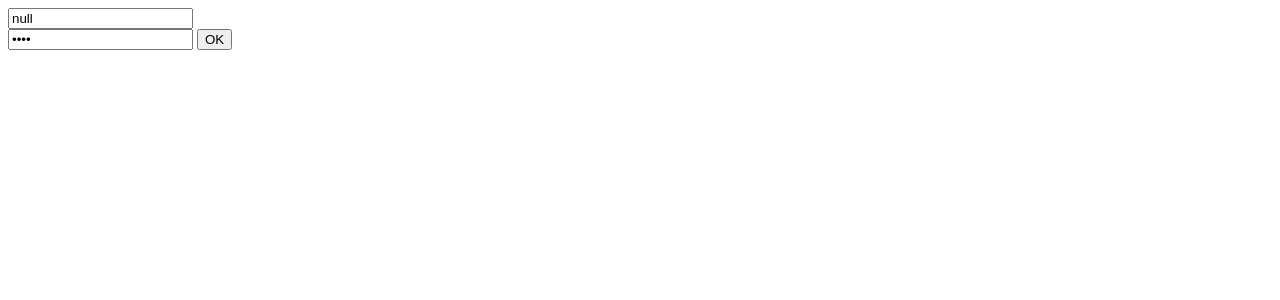
Repository: rkolan/DemoOne
Page: http://localhost/Tutorial-6-Forms/SelfValidatingForm.jsp
An editor plug-in stored every save of this project. The page is shown before and after the next save, followed by the edit.
The browser window is 1280 px wide. The pictures show the whole page.
The page is served by Tomcat 9. Other server files are loaded and not shown.

Above is the page before, as saved 2015-12-14 21:04:57.

### Tutorial-6-Forms/WebContent/SelfValidatingForm.jsp
<%@ page language="java" contentType="text/html; charset=ISO-8859-1"
    pageEncoding="ISO-8859-1"%>
<!DOCTYPE html PUBLIC "-//W3C//DTD HTML 4.01 Transitional//EN" "http://www.w3.org/TR/html4/loose.dtd">
<html>
<head>
<meta http-equiv="Content-Type" content="text/html; charset=ISO-8859-1">
<title>Insert title here</title>
</head>
<body>

<jsp:useBean id="user1" class="beans.User" scope="session"></jsp:useBean>
<jsp:setProperty name="user" property="*"/>


<form action="/Tutorial-6-Forms/SelfValidatingForm.jsp" method="post">
<input type="text" name="user" value="<jsp:getProperty name="user1" property="user" />"/> <br/>
<input type="password" name="password" value="<jsp:getProperty name="user1" property="password" />"/>
<input type="submit" value="OK" />
</form>
</body>
</html>

### Tutorial-6-Forms/src/beans/User.java
package beans;

public class User {
	private String user;
	private String password;
	private String message =" Error page";
	public String getMessage() {
		return message;
	}


	public User(){

	}

	public User(String user, String password) {
		super();
		this.user = user;
		this.password = password;
	}

	public String getUser() {
		return user;
	}
	public void setUser(String user) {
		this.user = user;
	}
	public String getPassword() {
		return password;
	}
	public void setPassword(String password) {
		this.password = password;
	}
public boolean validate(){
	if(user==null) {
		message="No email address set";
		return false;
	}

	if(password==null) {
		message="No password entered";
		return false;
	}
	if(!user.matches("\\w+@\\w+\\.\\w+")) {
		message="Invalid email address";
		return false;
	}
	if(password.length()<8) {
		message="password must be 8 characters.";
		return false;
	}
	else if(password.matches("\\w*\\s+\\w*")){
		message="password cannot contain space";
		return false;
	}
	return true;
}

}

After the next save:
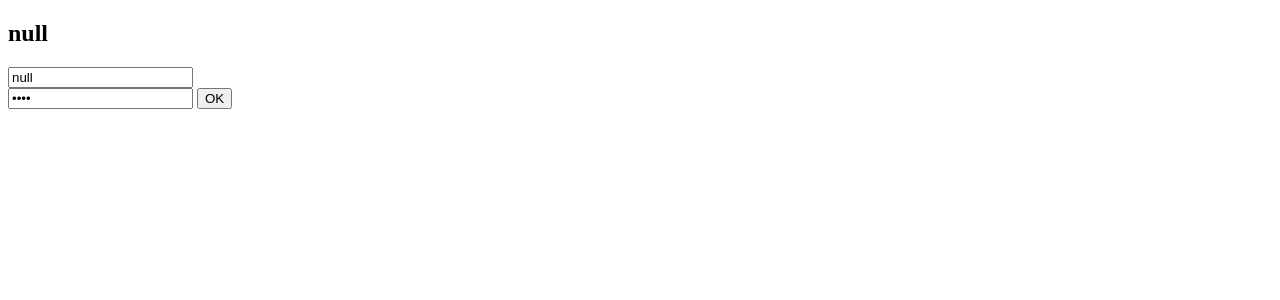
Saved 6 min 23 s later.
--- a/Tutorial-6-Forms/WebContent/SelfValidatingForm.jsp
+++ b/Tutorial-6-Forms/WebContent/SelfValidatingForm.jsp
@@ -11,6 +11,9 @@
 <jsp:useBean id="user1" class="beans.User" scope="session"></jsp:useBean>
 <jsp:setProperty name="user" property="*"/>
 
+<h2>
+<jsp:getProperty name="user1" property="user" />
+</h2>
 
 <form action="/Tutorial-6-Forms/SelfValidatingForm.jsp" method="post">
 <input type="text" name="user" value="<jsp:getProperty name="user1" property="user" />"/> <br/>
